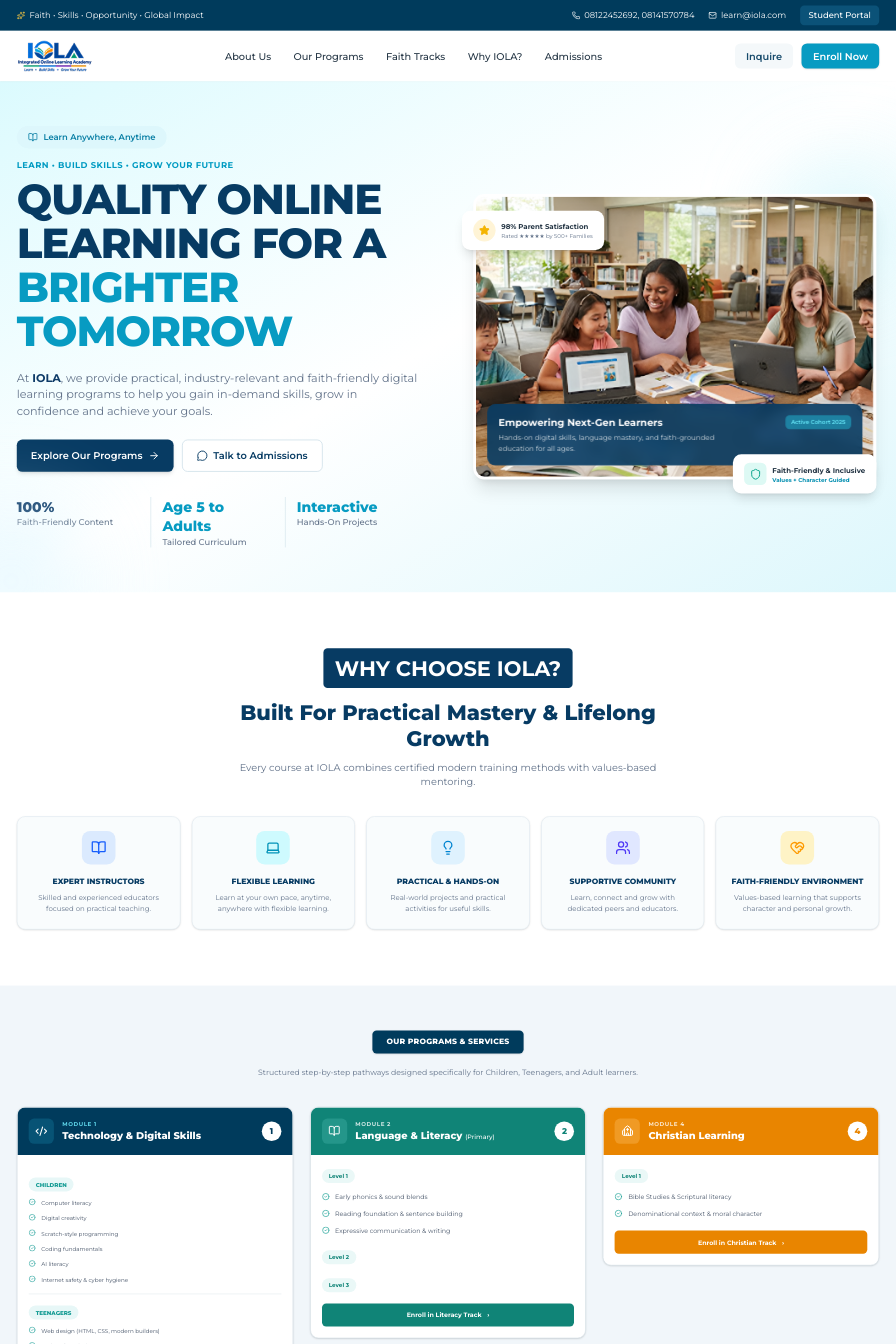
Repository: segunrotini/iola
Page: /about
An editor plug-in stored every save of this project. The page is shown before and after the next save, followed by the edit.
The browser window is 1280 px wide. The pictures show the part of the page from y = 0 to 1920 px (the page is 2737 px tall before and 2720 px after), at 70% of full size.
The project was rebuilt for these pictures with package versions that can differ from the ones it lists, and the page was loaded fresh each time. Also part of the build but not shown: vite.config.ts.

Above is the page before, as saved 2026-10-02 12:55:03.

### index.html
<!doctype html>
<html lang="en">
  <head>
    <meta charset="UTF-8" />
    <link rel="icon" type="image/svg+xml" href="/favicon.svg" />
    <meta name="viewport" content="width=device-width, initial-scale=1.0" />
    <title>integrated-online-learning-academy</title>
  </head>
  <body>
    <div id="root"></div>
    <script type="module" src="/src/main.tsx"></script>
  </body>
</html>

### src/index.css
@import url('https://fonts.googleapis.com/css2?family=Montserrat:wght@400;500;600;700;800&display=swap');
@import "tailwindcss";

:root {
	font-family: "Montserrat", sans-serif;
}

### src/App.tsx


import Homepage from "./components/pages/public/Hompage";
function App() {
  return (
    <Homepage />
  )
}

export default App

### src/components/pages/public/Hompage.tsx
import Topbar from "../../home/topbar"
import Nav from "../../home/Nav"
import HeroSection from "../../home/Hero-section"
import WhyChooseUs from "../../home/WhyChooseUs"
import Programs from "../../home/Programs"
import LearningProcess from "../../home/LearningProcess"
function Homepage() {
  return (
    <>


      <Topbar/>
      <Nav/>
      <HeroSection/>
      <WhyChooseUs/>
      <Programs/>
      <LearningProcess/>
    </>
  )
}
export default Homepage

### src/components/home/topbar.tsx
import { Mail, Phone, Sparkles } from "lucide-react";

const TopBar = () => {
  return (
    <div className="bg-[#003B5C] text-white">
      <div className="mx-auto flex max-w-7xl flex-col gap-2 px-4 py-2 text-[10px] sm:flex-row sm:items-center sm:justify-between sm:px-6 sm:text-xs">
        <div className="flex items-center gap-1.5">
          <Sparkles size={12} className="text-[#F4C542]" />
          <span>Faith • Skills • Opportunity • Global Impact</span>
        </div>

        <div className="flex flex-col items-start gap-2 sm:flex-row sm:items-center sm:gap-5">
          <a
            href="tel:+2348122452692"
            className="flex items-center gap-1.5 transition hover:text-[#5DE1E6]"
          >
            <Phone size={12} />
            <span>08122452692, 08141570784</span>
          </a>

          <a
            href="mailto:learn@iola.com"
            className="flex items-center gap-1.5 transition hover:text-[#5DE1E6]"
          >
            <Mail size={12} />
            <span>learn@iola.com</span>
          </a>

          <a
            href="#student-portal"
            className="rounded-md bg-[#0B5278] px-3 py-1.5 font-medium transition hover:bg-[#08658F]"
          >
            Student Portal
          </a>
        </div>
      </div>
    </div>
  );
};

export default TopBar;

### src/components/home/Nav.tsx
import { Menu, X } from "lucide-react";
import { useState } from "react";
import logo from "../../assets/logo.png";

const Navbar = () => {
  const [isOpen, setIsOpen] = useState(false);

  return (
    <nav className="relative bg-white shadow-sm">
      <div className="mx-auto flex max-w-7xl items-center justify-between px-4 py-3 sm:px-6">
        <a href="/" className="flex items-center">
          <img

            src={logo}
            alt="logo"
            className="h-12 w-auto object-contain"
          />
        </a>

        <div className="hidden items-center gap-8 lg:flex">
          <a
            href="#about"
            className="text-sm font-medium text-[#263746] transition hover:text-[#008DB2]"
          >
            About Us
          </a>

          <a
            href="#programs"
            className="text-sm font-medium text-[#263746] transition hover:text-[#008DB2]"
          >
            Our Programs
          </a>

          <a
            href="#faith-tracks"
            className="text-sm font-medium text-[#263746] transition hover:text-[#008DB2]"
          >
            Faith Tracks
          </a>

          <a
            href="#why-iola"
            className="text-sm font-medium text-[#263746] transition hover:text-[#008DB2]"
          >
            Why IOLA?
          </a>

          <a
            href="#admissions"
            className="text-sm font-medium text-[#263746] transition hover:text-[#008DB2]"
          >
            Admissions
          </a>
        </div>

        <div className="hidden items-center gap-3 lg:flex">
          <a
            href="#inquire"
            className="rounded-lg bg-[#F4F8FA] px-4 py-2 text-sm font-semibold text-[#164A6B] transition hover:bg-[#E8F1F5]"
          >
            Inquire
          </a>

          <a
            href="#enroll"
            className="rounded-lg bg-[#079BC2] px-4 py-2 text-sm font-semibold text-white shadow-sm transition hover:bg-[#0789AB]"
          >
            Enroll Now
          </a>
        </div>

        <button
          type="button"
          onClick={() => setIsOpen(!isOpen)}
          className="rounded-lg p-2 text-[#003B5C] lg:hidden"
          aria-label="Toggle navigation"
        >
          {isOpen ? <X size={24} /> : <Menu size={24} />}
        </button>
      </div>

      {isOpen && (
        <div className="border-t border-gray-100 bg-white px-4 pb-5 pt-3 lg:hidden">
          <div className="flex flex-col gap-1">
            <a
              href="#about"
              onClick={() => setIsOpen(false)}
              className="rounded-lg px-3 py-3 text-sm font-medium text-[#263746] hover:bg-[#F4F8FA]"
            >
              About Us
            </a>

            <a
              href="#programs"
              onClick={() => setIsOpen(false)}
              className="rounded-lg px-3 py-3 text-sm font-medium text-[#263746] hover:bg-[#F4F8FA]"
            >
              Our Programs
            </a>

            <a
              href="#faith-tracks"
              onClick={() => setIsOpen(false)}
              className="rounded-lg px-3 py-3 text-sm font-medium text-[#263746] hover:bg-[#F4F8FA]"
            >
              Faith Tracks
            </a>

            <a
              href="#why-iola"
              onClick={() => setIsOpen(false)}
              className="rounded-lg px-3 py-3 text-sm font-medium text-[#263746] hover:bg-[#F4F8FA]"
            >
              Why IOLA?
            </a>

            <a
              href="#admissions"
              onClick={() => setIsOpen(false)}
              className="rounded-lg px-3 py-3 text-sm font-medium text-[#263746] hover:bg-[#F4F8FA]"
            >
              Admissions
            </a>

            <div className="mt-2 flex gap-3 border-t border-gray-100 pt-4">
              <a
                href="#inquire"
                className="flex-1 rounded-lg bg-[#F4F8FA] px-4 py-2.5 text-center text-sm font-semibold text-[#164A6B]"
              >
                Inquire
              </a>

              <a
                href="#enroll"
                className="flex-1 rounded-lg bg-[#079BC2] px-4 py-2.5 text-center text-sm font-semibold text-white"
              >
                Enroll Now
              </a>
            </div>
          </div>
        </div>
      )}
    </nav>
  );
};

export default Navbar;

### src/components/home/Hero-section.tsx
import {
    ArrowRight,
    BookOpen,
    Shield,
    MessageCircle,
    Star,
} from "lucide-react";
import student from "../../assets/student.png";

const Hero = () => {
    return (
        <section className="relative overflow-hidden bg-gradient-to-br from-[#A5F3FC66] via-white to-[#DDF7FC]">
            <div className="mx-auto max-w-7xl px-4 py-12 sm:px-6 lg:py-16">
                <div className="grid items-center gap-10 lg:grid-cols-2 lg:gap-16">
                    <div>
                        <div className="mb-4 inline-flex items-center gap-2 rounded-full bg-[#DDF7FC] px-4 py-2 text-xs font-semibold text-[#087EA4]">
                            <BookOpen size={14} />
                            Learn Anywhere, Anytime
                        </div>

                        <p className="mb-2 text-xs font-bold uppercase tracking-wider text-[#009BC2]">
                            Learn • Build Skills • Grow Your Future
                        </p>

                        <h1 className="max-w-2xl text-4xl font-extrabold leading-[1.05] tracking-tight text-[#073B63] sm:text-5xl lg:text-6xl">
                            QUALITY ONLINE
                            <br />
                            LEARNING FOR A
                            <br />
                            <span className="text-[#079BC2]">BRIGHTER</span>
                            <br />
                            <span className="text-[#079BC2]">TOMORROW</span>
                        </h1>

                        <p className="mt-6 max-w-xl text-sm leading-6 text-[#64748B] sm:text-base">
                            At <span className="font-bold text-[#0E3B68]">IOLA</span>, we provide practical, industry-relevant and
                            faith-friendly digital learning programs to help you gain
                            in-demand skills, grow in confidence and achieve your goals.
                        </p>

                        <div className="mt-7 flex flex-wrap gap-3">
                            <a
                                href="#programs"
                                className="inline-flex items-center gap-2 rounded-lg bg-[#073B63] px-5 py-3 text-sm font-semibold text-white shadow-md transition hover:bg-[#052E4E]"
                            >
                                Explore Our Programs
                                <ArrowRight size={16} />
                            </a>

                            <a
                                href="#admissions"
                                className="inline-flex items-center gap-2 rounded-lg border border-[#C9DCE5] bg-white px-5 py-3 text-sm font-semibold text-[#073B63] transition hover:bg-[#F5FAFC]"
                            >
                                <MessageCircle size={16} />
                                Talk to Admissions
                            </a>
                        </div>

                        <div className="mt-9 grid max-w-xl grid-cols-3 divide-x divide-[#D8E7ED]">
                            <div className="pr-4">
                                <p className="text-xl font-extrabold text-[#0E3B68]">100%</p>
                                <p className="text-[10px] font-medium text-[#64748B] sm:text-xs">
                                    Faith-Friendly Content
                                </p>
                            </div>

                            <div className="px-4">
                                <p className="text-xl font-extrabold text-[#079BC2]">
                                    Age 5 to <br />
                                    Adults
                                </p>
                                <p className="text-[10px] font-medium text-[#64748B] sm:text-xs">
                                    Tailored Curriculum
                                </p>
                            </div>

                            <div className="pl-4">
                                <p className="text-xl font-extrabold text-[#079BC2]">
                                    Interactive
                                </p>
                                <p className="text-[10px] font-medium text-[#64748B] sm:text-xs">
                                    Hands-On Projects
                                </p>
                            </div>
                        </div>
                    </div>

                    <div className="relative mx-auto w-full max-w-xl">
                        <div className="absolute -right-8 -top-8 h-40 w-40 rounded-full bg-[#BDF3FA] opacity-60 blur-3xl" />

                        <div className="relative">
                            <div className="absolute -left-4 top-6 z-10 rounded-xl bg-white px-4 py-3 shadow-lg">
                                <div className="flex items-center gap-2">
                                    <div className="flex h-8 w-8 items-center justify-center rounded-full bg-[#FFF4D6]">
                                        <Star size={16} className="fill-[#F4B400] text-[#F4B400]" />
                                    </div>

                                    <div>
                                        <p className="text-[10px] font-bold text-[#263746]">
                                            98% Parent Satisfaction
                                        </p>
                                        <p className="text-[8px] text-[#64748B]">
                                            Rated ★★★★★ by 500+ Families
                                        </p>
                                    </div>
                                </div>
                            </div>

                            <div className="overflow-hidden rounded-2xl border-4 border-white bg-white shadow-xl">
                                <img
                                    src={student}
                                    alt="student"
                                    className="h-[330px] w-full object-cover sm:h-[400px]"
                                />

                                <div className="absolute bottom-5 left-5 right-5 rounded-xl bg-[#073B63]/90 p-4 text-white backdrop-blur-sm">
                                    <div className="flex items-start justify-between gap-4">
                                        <div>
                                            <p className="text-sm font-bold">
                                                Empowering Next-Gen Learners
                                            </p>

                                            <p className="mt-1 max-w-xs text-[10px] leading-4 text-white/80">
                                                Hands-on digital skills, language mastery, and faith-grounded
                                                education for all ages.
                                            </p>
                                        </div>

                                        <div className="shrink-0 rounded-md bg-[#22D3EE66] px-2 py-1 text-[8px] font-semibold text-[#67E8F9]">
                                            Active Cohort 2025
                                        </div>
                                    </div>
                                </div>
                            </div>

                            <div className="absolute -bottom-5 -right-3 flex items-center gap-2 rounded-xl bg-white px-4 py-3 shadow-lg sm:right-0">
                                <div className="flex h-8 w-8 items-center justify-center rounded-lg bg-[#DDF9F4]">
                                    <Shield size={17} className="text-[#0BA58D]" />
                                </div>

                                <div>
                                    <p className="text-[10px] font-bold text-[#263746]">
                                        Faith-Friendly & Inclusive
                                    </p>
                                    <p className="text-[8px] text-[#0891B2] font-bold">
                                        Values + Character Guided
                                    </p>
                                </div>
                            </div>
                        </div>
                    </div>
                </div>
            </div>

            <div className="absolute -bottom-20 -left-20 h-48 w-48 rounded-full bg-[#D8F5FF] opacity-60 blur-3xl" />
        </section>
    );
};

export default Hero;

### src/components/home/WhyChooseUs.tsx
import {
  BookOpen,
  HeartHandshake,
  Laptop,
  Lightbulb,
  Users,
} from "lucide-react";

const features = [
  {
    icon: BookOpen,
    title: "EXPERT INSTRUCTORS",
    description:
      "Skilled and experienced educators focused on practical teaching.",
    iconBg: "bg-blue-100",
    iconColor: "text-blue-600",
  },
  {
    icon: Laptop,
    title: "FLEXIBLE LEARNING",
    description:
      "Learn at your own pace, anytime, anywhere with flexible learning.",
    iconBg: "bg-cyan-100",
    iconColor: "text-cyan-600",
  },
  {
    icon: Lightbulb,
    title: "PRACTICAL & HANDS-ON",
    description:
      "Real-world projects and practical activities for useful skills.",
    iconBg: "bg-sky-100",
    iconColor: "text-sky-600",
  },
  {
    icon: Users,
    title: "SUPPORTIVE COMMUNITY",
    description:
      "Learn, connect and grow with dedicated peers and educators.",
    iconBg: "bg-indigo-100",
    iconColor: "text-indigo-600",
  },
  {
    icon: HeartHandshake,
    title: "FAITH-FRIENDLY ENVIRONMENT",
    description:
      "Values-based learning that supports character and personal growth.",
    iconBg: "bg-amber-100",
    iconColor: "text-amber-500",
  },
];

const WhyChooseUs = () => {
  return (
    <section  className="bg-white py-16 sm:py-20">
      <div className="mx-auto max-w-7xl px-4 sm:px-6">
        <div className="mx-auto max-w-2xl text-center">
          <span className="inline-flex items-center rounded-md bg-[#073B63] px-4 py-1.5 text-[30px] font-bold text-white">
            WHY CHOOSE IOLA?
          </span>

          <h2 className="mt-4 text-2xl font-extrabold leading-tight text-[#073B63] sm:text-3xl">
            Built For Practical Mastery & Lifelong
            <br className="hidden sm:block" />
            Growth
          </h2>

          <p className="mt-3 text-xs leading-5 text-[#64748B] sm:text-sm">
            Every course at IOLA combines certified modern training methods
            with values-based mentoring.
          </p>
        </div>

        <div className="mt-10 grid gap-4 sm:grid-cols-2 lg:grid-cols-5">
          {features.map((feature) => {
            const Icon = feature.icon;

            return (
              <div
                key={feature.title}
                className="rounded-xl border border-[#E4EDF2] bg-[#F9FCFD] p-5 text-center shadow-sm transition duration-300 hover:-translate-y-1 hover:shadow-md"
              >
                <div
                  className={`mx-auto flex h-12 w-12 items-center justify-center rounded-xl ${feature.iconBg}`}
                >
                  <Icon size={22} className={feature.iconColor} />
                </div>

                <h3 className="mt-4 text-[11px] font-extrabold leading-4 text-[#073B63]">
                  {feature.title}
                </h3>

                <p className="mt-2 text-[10px] leading-4 text-[#64748B]">
                  {feature.description}
                </p>
              </div>
            );
          })}
        </div>
      </div>
    </section>
  );
};

export default WhyChooseUs;

### src/components/home/LearningProcess.tsx

const learningSteps = [
  {
    number: "01",
    title: "Needs Assessment",
    description:
      "Initial diagnostic test to match your learner to the right level and mentor.",
  },
  {
    number: "02",
    title: "Live Interactive Classes",
    description:
      "Engaging, small-color video sessions with active core ideas and instant feedback.",
  },
  {
    number: "03",
    title: "Guided Project Work",
    description:
      "Students build websites, apps, fluency, or skills while practicing challenges and guidance.",
  },
  {
    number: "04",
    title: "Progress Reports & Certs",
    description:
      "Periodic parent reports, milestone tracking, and accredited course completion awards.",
  },
];

const LearningProcess = () => {
  return (
    <section className="bg-white py-16 sm:py-20">
      <div className="mx-auto max-w-7xl px-4 sm:px-6">
        <div className="mx-auto max-w-2xl text-center">
          <p className="text-[9px] font-bold uppercase tracking-[0.18em] text-[#079BC2]">
            The IOLA Experience
          </p>

          <h2 className="mt-2 text-2xl font-extrabold leading-tight text-[#073B63] sm:text-3xl">
            How Online Learning Works With Us
          </h2>

          <p className="mt-2 text-[10px] leading-5 text-[#64748B] sm:text-xs">
            Designed for maximum retention, practical versatility, and student
            confidence.
          </p>
        </div>

        <div className="mt-8 grid gap-4 sm:grid-cols-2 lg:grid-cols-4">
          {learningSteps.map((step) => (
            <div
              key={step.number}
              className="rounded-xl border border-[#E3ECF1] bg-[#F7FAFC] p-4 shadow-sm"
            >
              <div className="flex h-7 w-7 items-center justify-center rounded-md bg-[#E1F3FA] text-[10px] font-extrabold text-[#079BC2]">
                {step.number}
              </div>

              <h3 className="mt-4 text-[10px] font-extrabold text-[#073B63] sm:text-[11px]">
                {step.title}
              </h3>

              <p className="mt-2 text-[9px] leading-4 text-[#64748B] sm:text-[10px]">
                {step.description}
              </p>
            </div>
          ))}
        </div>
      </div>
    </section>
  );
};

export default LearningProcess;

Loaded but not shown: src/main.tsx (common file); src/components/home/Programs.tsx (316 lines, source omitted)

After the next save:
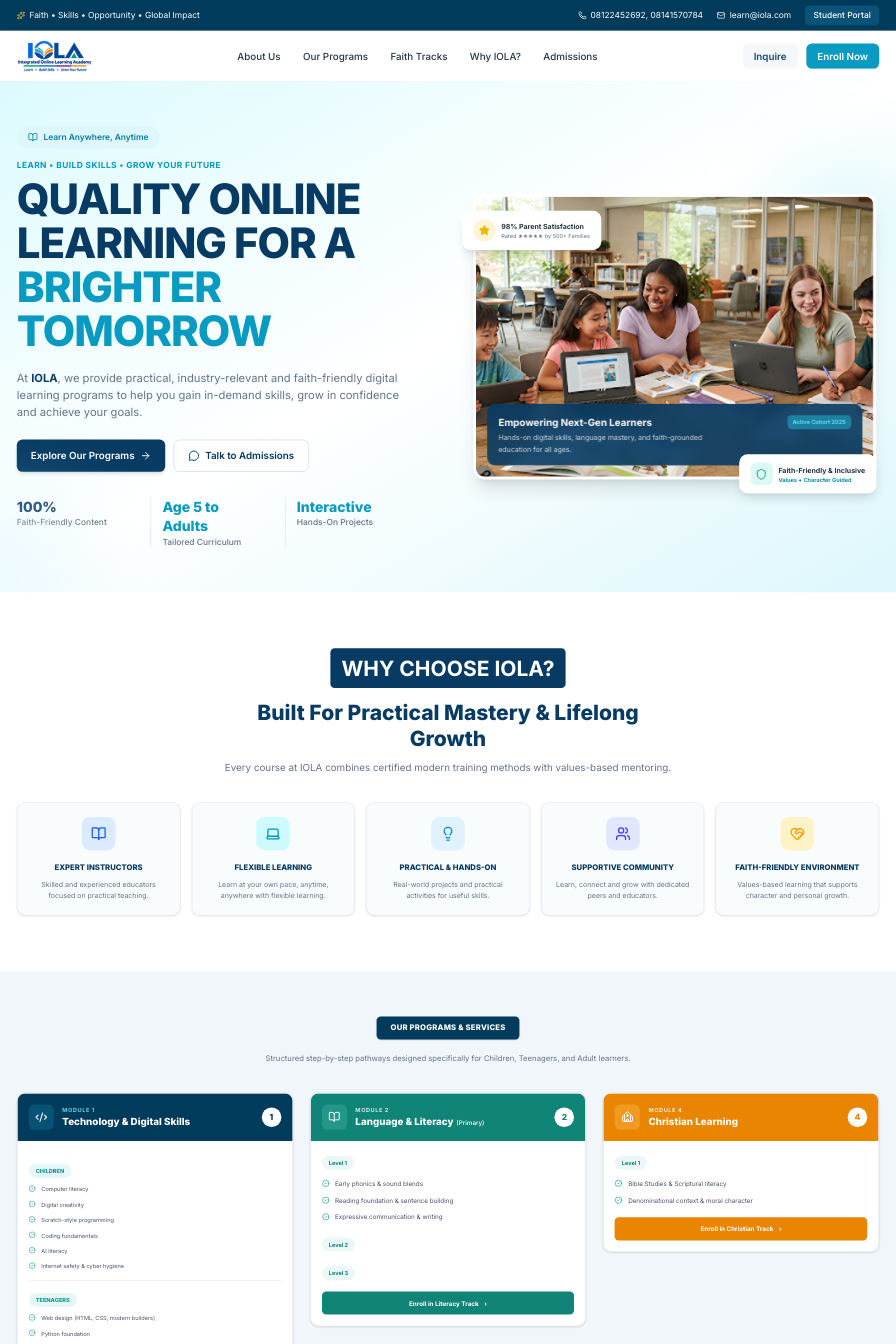
Saved 70 min 17 s later.
--- a/src/index.css
+++ b/src/index.css
@@ -1,6 +1,6 @@
-@import url('https://fonts.googleapis.com/css2?family=Montserrat:wght@400;500;600;700;800&display=swap');
+@import url('https://fonts.googleapis.com/css2?family=Inter:wght@400;500;600;700;800&family=Montserrat:wght@400;500;600;700;800&display=swap');
 @import "tailwindcss";
 
 :root {
-	font-family: "Montserrat", sans-serif;
+	font-family: "Inter", "Montserrat", sans-serif;
 }
